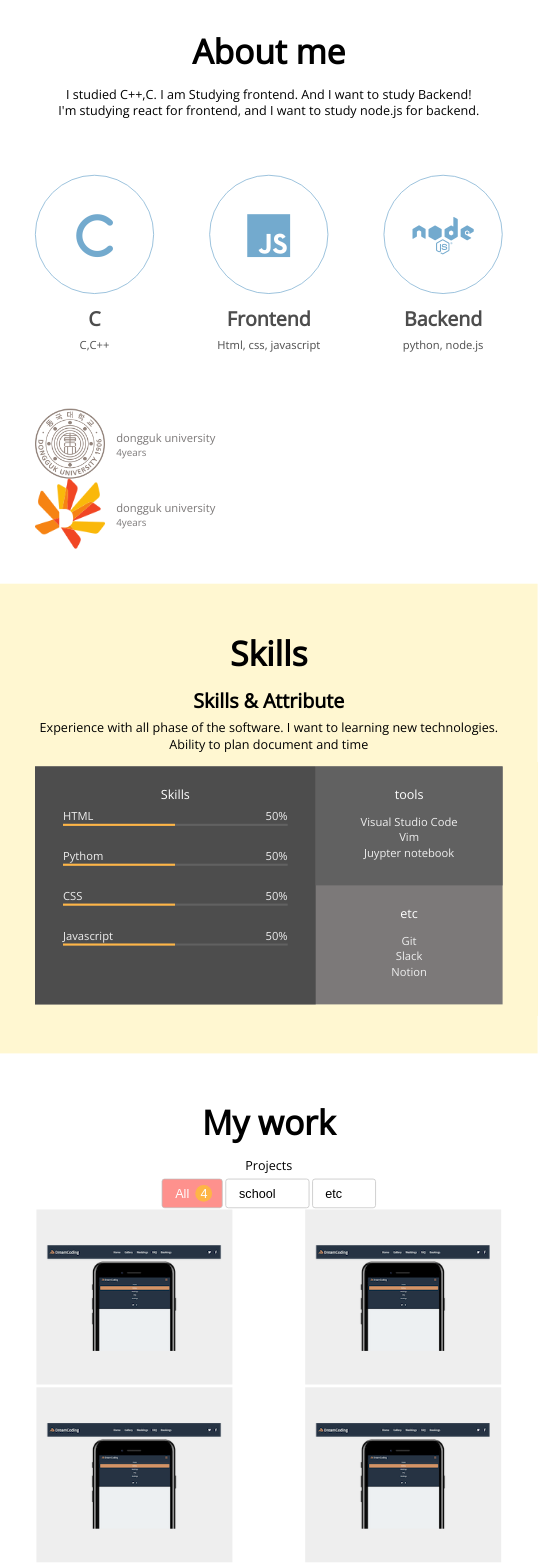
Repository: DongjaJ/portfolio
Page: index.html
These files come from the project's save history. The page is drawn as it stood at one moment and after the next save; the edit follows.
The browser window is 768 px wide. The pictures show the part of the page from y = 727 to 2967 px (the page is 4152 px tall before and 4660 px after), at 70% of full size.
Some web libraries are served in a nearby version.

Above is the page before, as saved 2022-06-15 21:59:24.

After the next save:
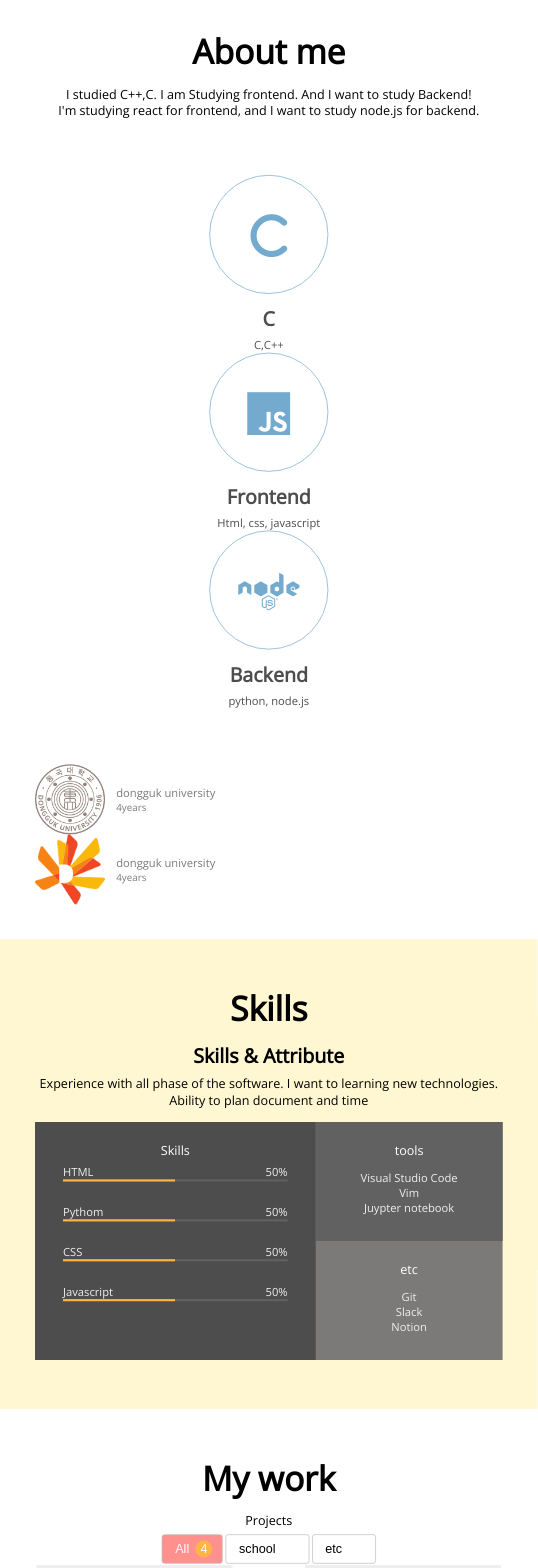
Saved 18 s later.
--- a/style.css
+++ b/style.css
@@ -464,6 +464,6 @@
 		display: none;
 	}
 	.about__major{
-		display: flex;
+		flex-direction: column;
 	}
 }
